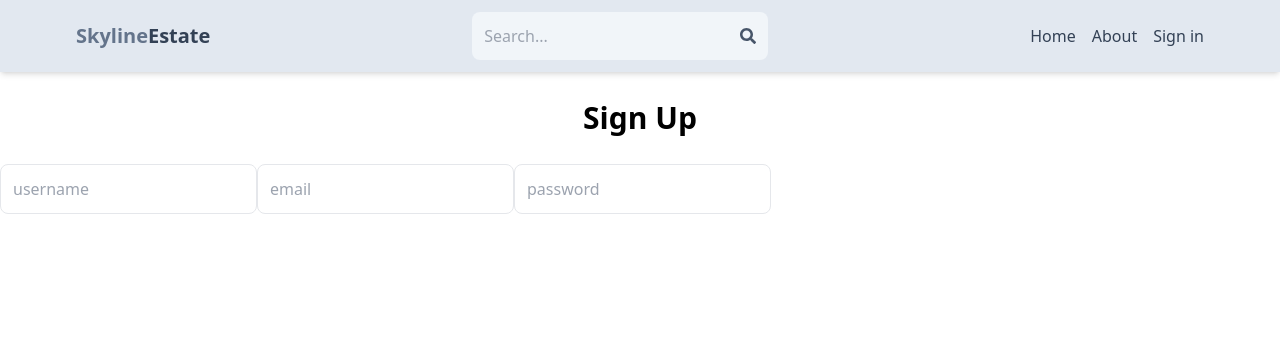
Repository: stavan30/mern-estate
Page: /sign-up (app in client/)
These files come from the project's save history. The page is drawn as it stood at one moment and after the next save; the edit follows.
The browser window is 1280 px wide. The pictures show the whole page.
The project was rebuilt for these pictures with package versions that can differ from the ones it lists, and the page was loaded fresh each time. Also part of the build but not shown: client/vite.config.js, client/src/pages/About.jsx, client/src/pages/Home.jsx, client/src/pages/Profile.jsx, client/src/pages/SignIn.jsx.

Above is the page before, as saved 2024-01-19 02:21:50.

After the next save:
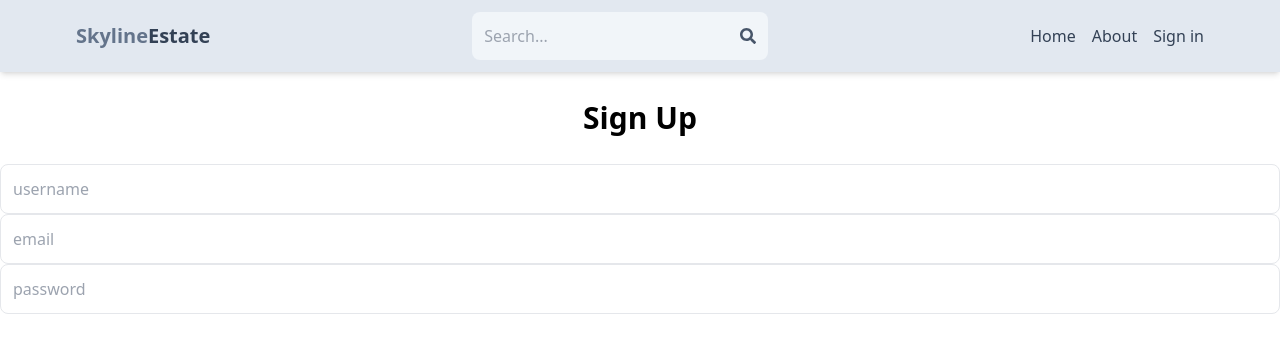
Saved 58 s later.
--- a/client/src/pages/SignUp.jsx
+++ b/client/src/pages/SignUp.jsx
@@ -6,7 +6,7 @@ export default function SignUp() {
       <h1 className='text-3xl text-center font-semibold my-7'>
         Sign Up
       </h1>
-      <form>
+      <form className='flex flex-col'>
         <input type="text" placeholder='username'
         className='border p-3 rounded-lg' id='username'/>
 
